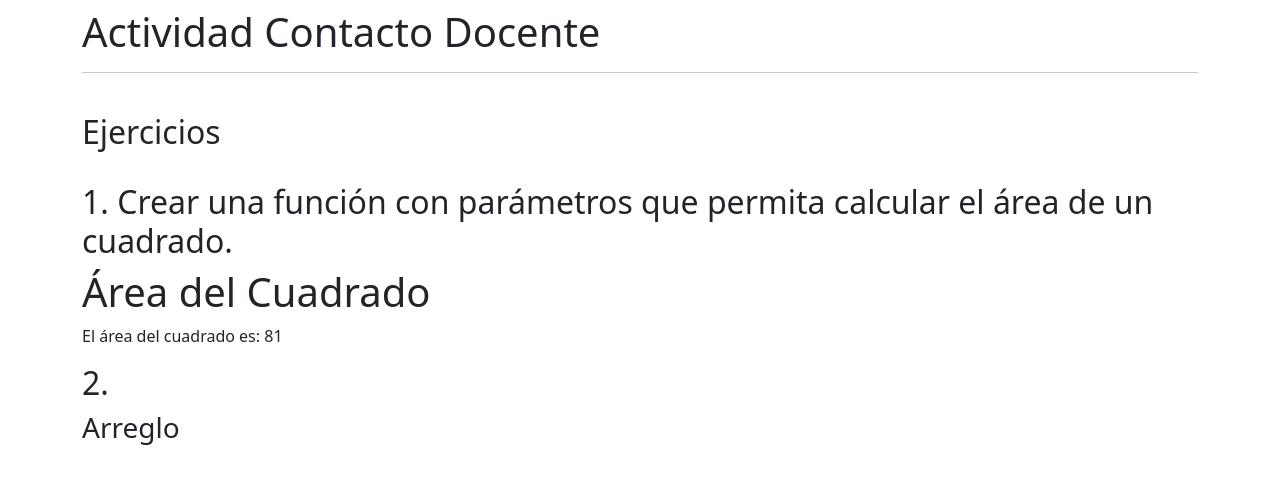
Repository: Jchimbo99/Actvidad1
Page: / (app in typescript-actividad/)
An editor plug-in stored every save of this project. The page is shown before and after a run of saves, followed by the edit.
The browser window is 1280 px wide. The pictures show the whole page.
The project was rebuilt for these pictures with package versions that can differ from the ones it lists, and the page was loaded fresh each time. Also part of the build but not shown: typescript-actividad/vite.config.ts.

Above is the page before, as saved 2025-01-22 20:37:45.

After the next 3 saves:
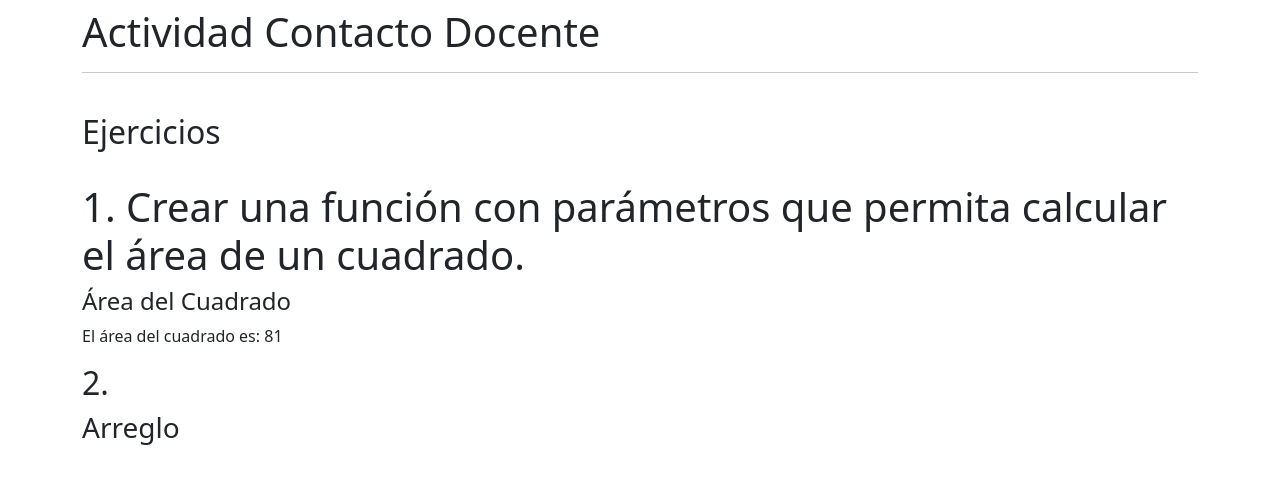
The 3 saves are shown as one change because they came seconds apart.
The last was saved 12 s later.
--- a/typescript-actividad/src/typescript/AreaCuadrado.tsx
+++ b/typescript-actividad/src/typescript/AreaCuadrado.tsx
@@ -5,8 +5,8 @@ export const AreaCuadrado = () => {
     return (
         <div>
 
-            <h2>1.	Crear una función con parámetros que permita calcular el área de un cuadrado.</h2>
-            <h1>Área del Cuadrado</h1>
+            <h1>1.	Crear una función con parámetros que permita calcular el área de un cuadrado.</h1>
+            <h4>Área del Cuadrado</h4>
             <p>El área del cuadrado es: {area}</p>
         </div>
     );
